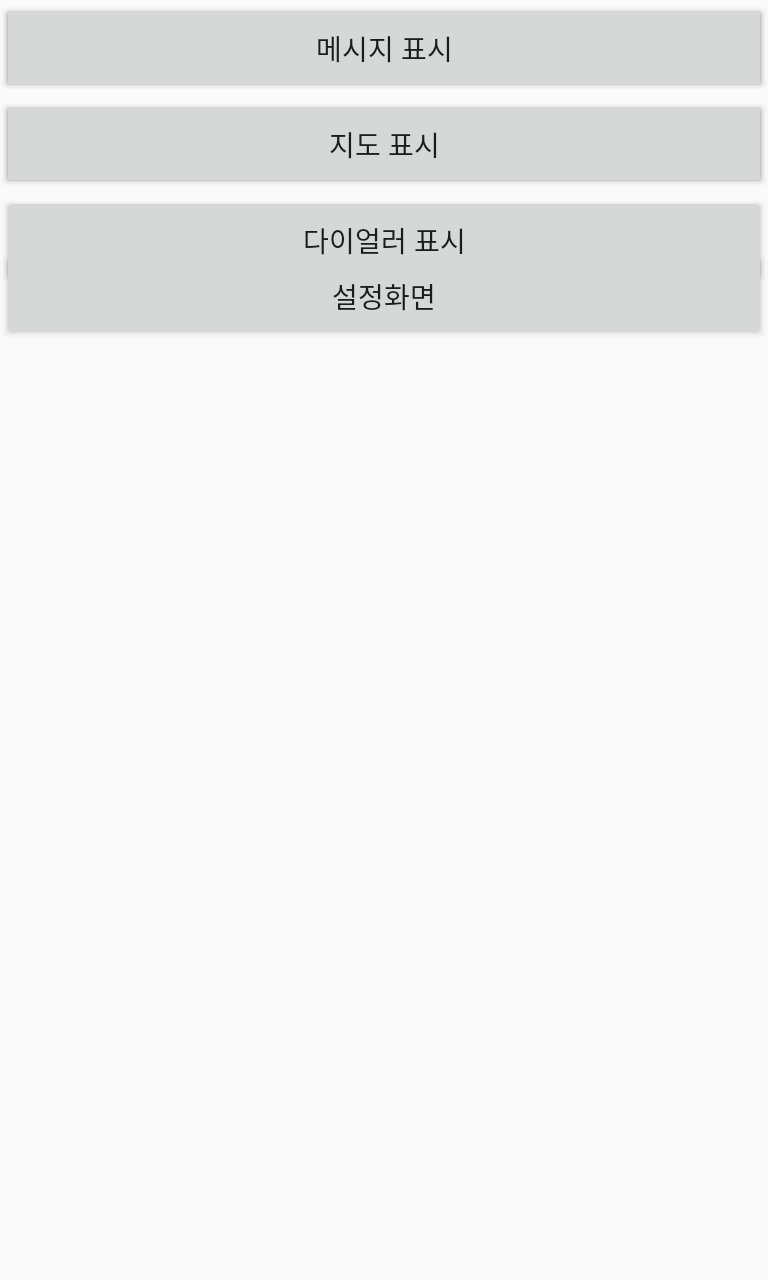
Repository: testGitHubTeam/study_Android
Layout: 62IntentDemo/res/layout/activity_main.xml
The author's editor kept a copy of each file at every save. The layout is drawn from the files as they stood at one save, then again after the next save.
It is drawn on a 768 x 1280 px phone screen (xhdpi) without system bars, with theme AppTheme; the app's code is not run.

Above is the layout before, as saved 2014-04-25 07:27:56.

### 62IntentDemo/res/layout/activity_main.xml
<RelativeLayout xmlns:android="http://schemas.android.com/apk/res/android"
    xmlns:tools="http://schemas.android.com/tools"
    android:id="@+id/container"
    android:layout_width="match_parent"
    android:layout_height="match_parent"
    tools:context="kr.android.intent.MainActivity"
    >

    <Button
        android:id="@+id/btnWeb"
        android:layout_width="match_parent"
        android:layout_height="wrap_content"
        android:layout_alignParentLeft="true"
        android:layout_alignParentTop="true"
        android:text="웹 표시" />

    <Button
        android:id="@+id/btnCall"
        android:layout_width="match_parent"
        android:layout_height="wrap_content"
        android:layout_alignParentLeft="true"
        android:layout_below="@+id/btnWeb"
        android:text="통화시작" />

    <Button
        android:id="@+id/btnDial"
        android:layout_width="match_parent"
        android:layout_height="wrap_content"
        android:layout_alignParentLeft="true"
        android:layout_below="@+id/btnCall"
        android:text="다이얼러 표시" />

    <Button
        android:id="@+id/btnMessage"
        android:layout_width="match_parent"
        android:layout_height="wrap_content"
        android:layout_alignParentLeft="true"
        android:layout_below="@+id/button3"
        android:text="메시지 표시" />

    <Button
        android:id="@+id/btnMap"
        android:layout_width="match_parent"
        android:layout_height="wrap_content"
        android:layout_alignParentLeft="true"
        android:layout_below="@+id/btnMessage"
        android:text="지도 표시" />

    <Button
        android:id="@+id/btnSetting"
        android:layout_width="match_parent"
        android:layout_height="wrap_content"
        android:layout_alignParentLeft="true"
        android:layout_below="@+id/btnMap"
        android:layout_marginTop="28dp"
        android:text="설정화면" />

</RelativeLayout>

Loaded but not shown: 62IntentDemo/res/values/styles.xml (common file); 62IntentDemo/res/values-v11/styles.xml (common file); 62IntentDemo/res/values-v14/styles.xml (common file)

After the next save:
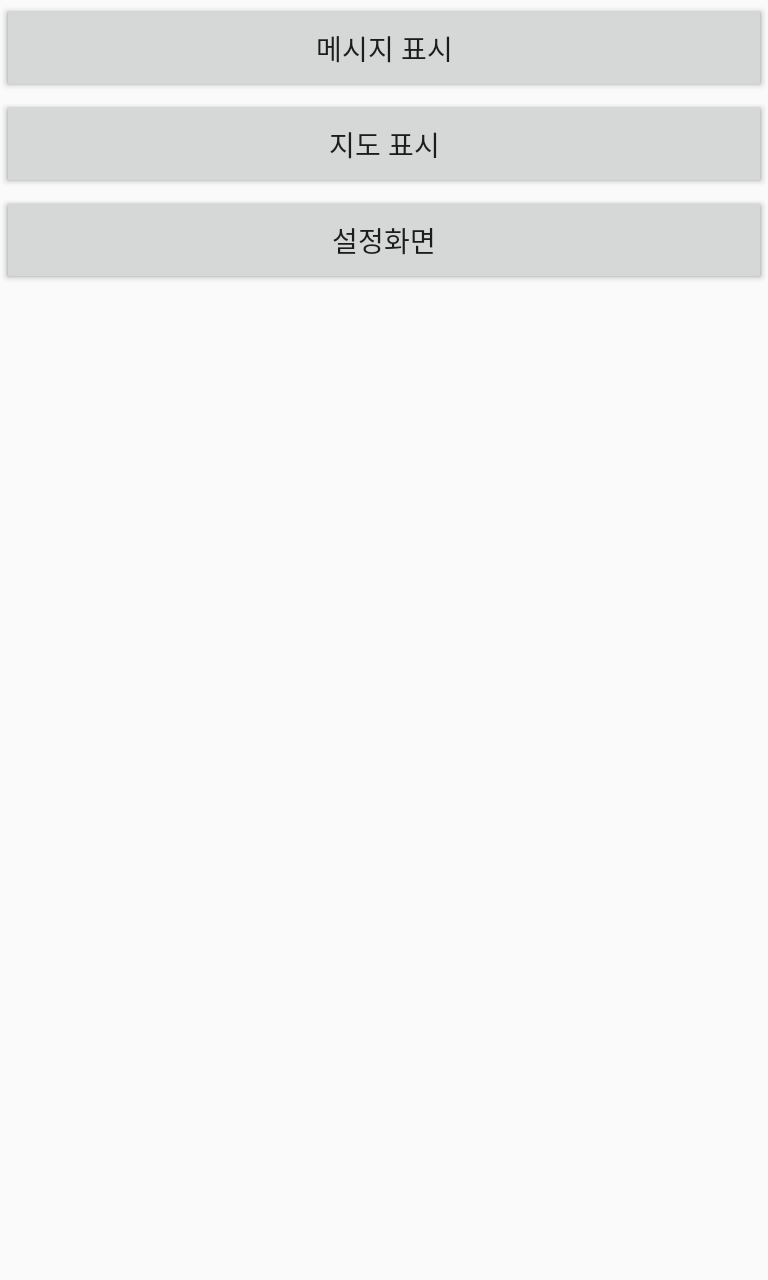
Saved 4 s later.
--- a/62IntentDemo/res/layout/activity_main.xml
+++ b/62IntentDemo/res/layout/activity_main.xml
@@ -52,7 +52,6 @@
         android:layout_height="wrap_content"
         android:layout_alignParentLeft="true"
         android:layout_below="@+id/btnMap"
-        android:layout_marginTop="28dp"
         android:text="설정화면" />
 
 </RelativeLayout>
